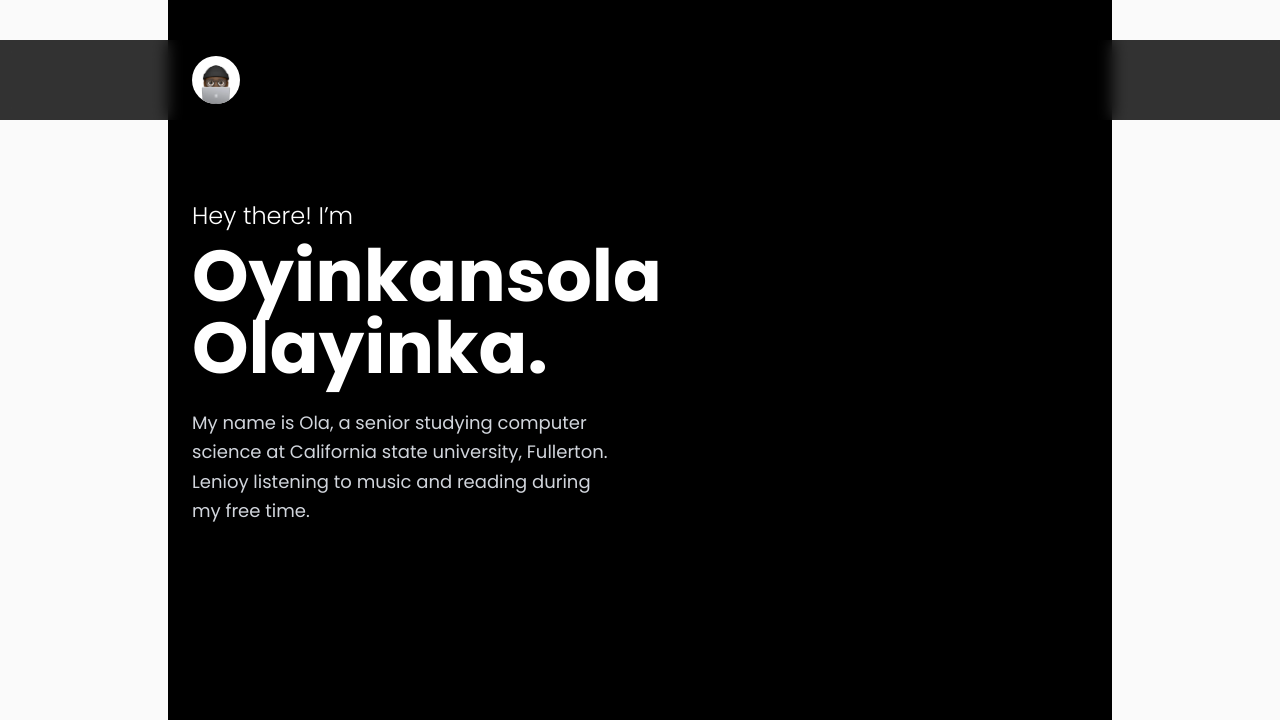
Repository: olasores/olasores-portfolio
Page: /
These files come from the project's save history. The page is drawn as it stood at one moment and after a run of saves; the edit follows.
The browser window is 1280 px wide. The pictures show the whole page.
The project was rebuilt for these pictures with package versions that can differ from the ones it lists, and the page was loaded fresh each time. The framework's server and built-in components were replaced by stand-ins that run in the browser. Also part of the build but not shown: next.config.ts.

Above is the page before, as saved 2025-11-11 12:40:20.

After the next 4 saves:
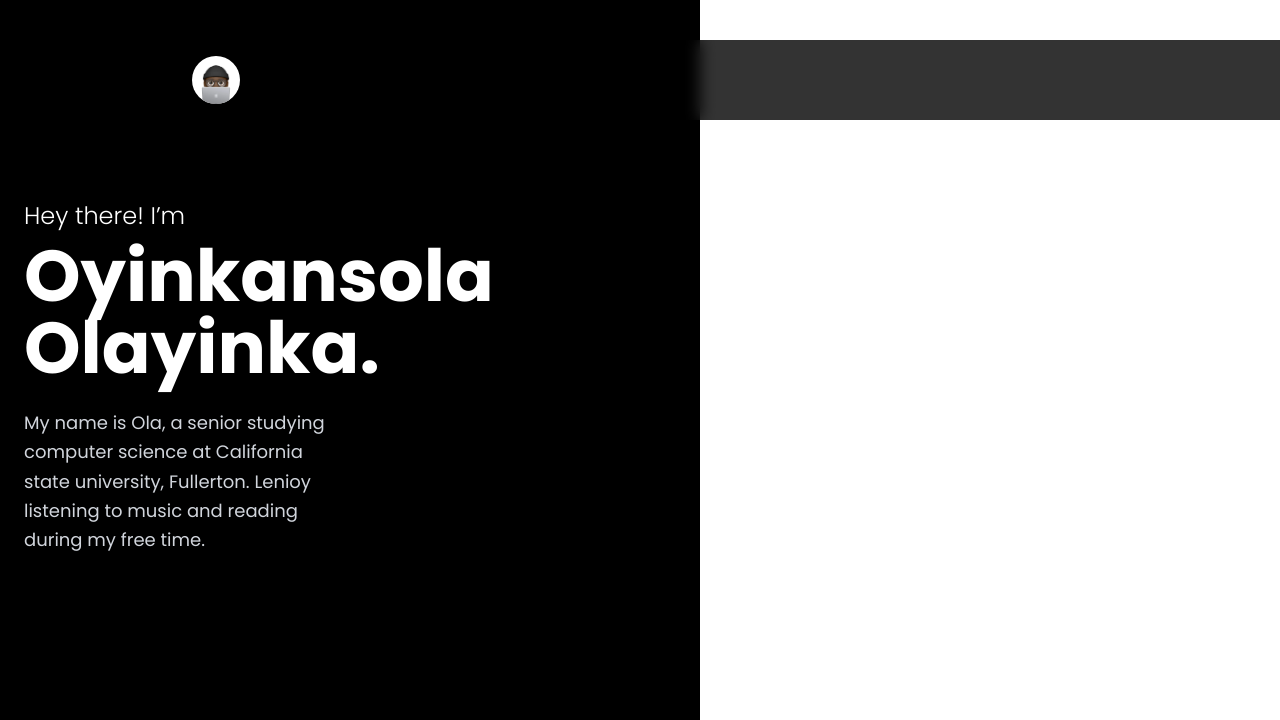
The 4 saves are shown as one change because they came seconds apart.
The last was saved 9 s later.
--- a/app/page.tsx
+++ b/app/page.tsx
@@ -4,7 +4,7 @@ import HomeSection from "./components/HomeSection";
 export default function Home() {
   return (
 
-    <div className="flex min-h-screen max-w-[items-center justify-center bg-zinc-50 font-sans dark:bg-black">
+    <div className="flex min-h-screen max-w-[700px] items-center justify-center bg-zinc-50 font-sans dark:bg-black">
       <HomeSection />
     </div>
   );
